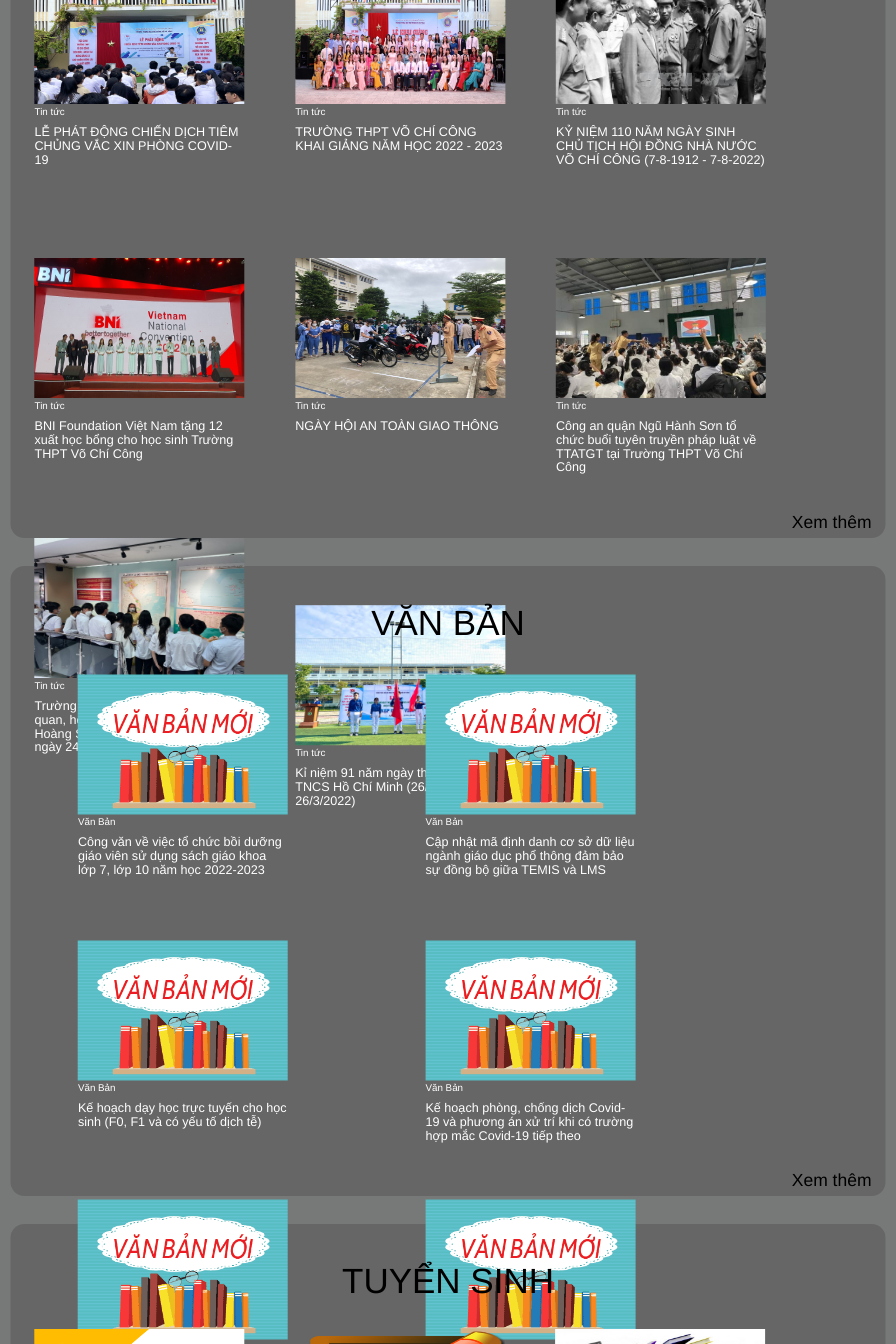
Repository: dphasst17/THPTVCC
Page: index.html
The author's editor kept a copy of each file at every save. The page is drawn from the files as they stood at one save, then again after the next save.
The browser window is 1280 px wide. The pictures show the part of the page from y = 722 to 2642 px (the page is 3420 px tall), at 70% of full size.

Above is the page before, as saved 2022-10-13 09:50:25.

After the next save:
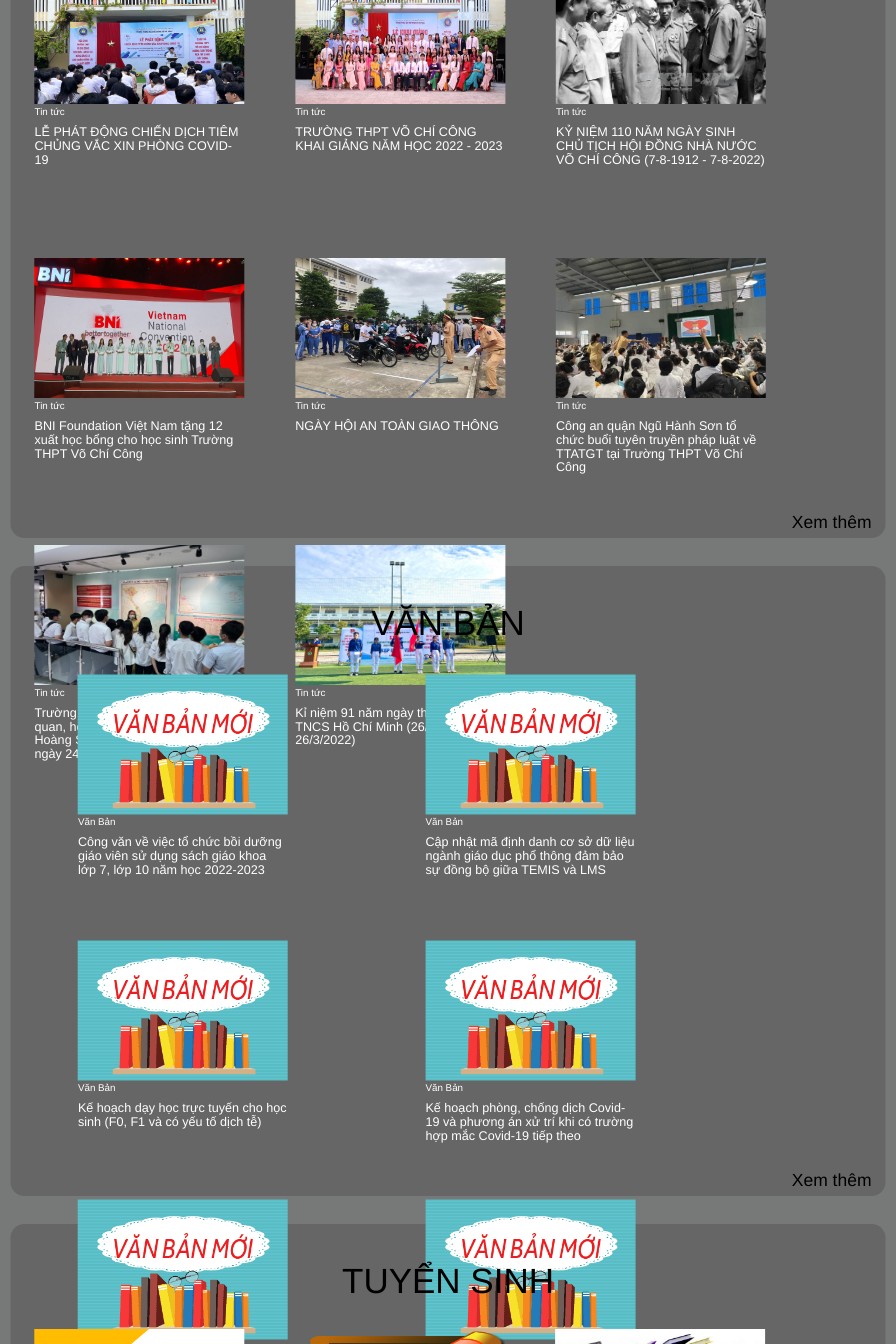
Saved 18 s later.
--- a/index.html
+++ b/index.html
@@ -162,11 +162,9 @@
             </div>
 
             <div class="new_container">
-                <a href="./new/new_content/new_content8.html">
                     <img src="img/tintuc/8.jpg" alt="">
                     <a>Tin tức</a>
                     <h4>Kỉ niệm 91 năm ngày thành lập Đoàn TNCS Hồ Chí Minh (26/3/1931-26/3/2022)</h4>
-                </a>
             </div>
             <a href="./new/new.html" style="color:#000;float:right;font-size:25px;margin-right:20px;">Xem thêm</a>
         </div>
